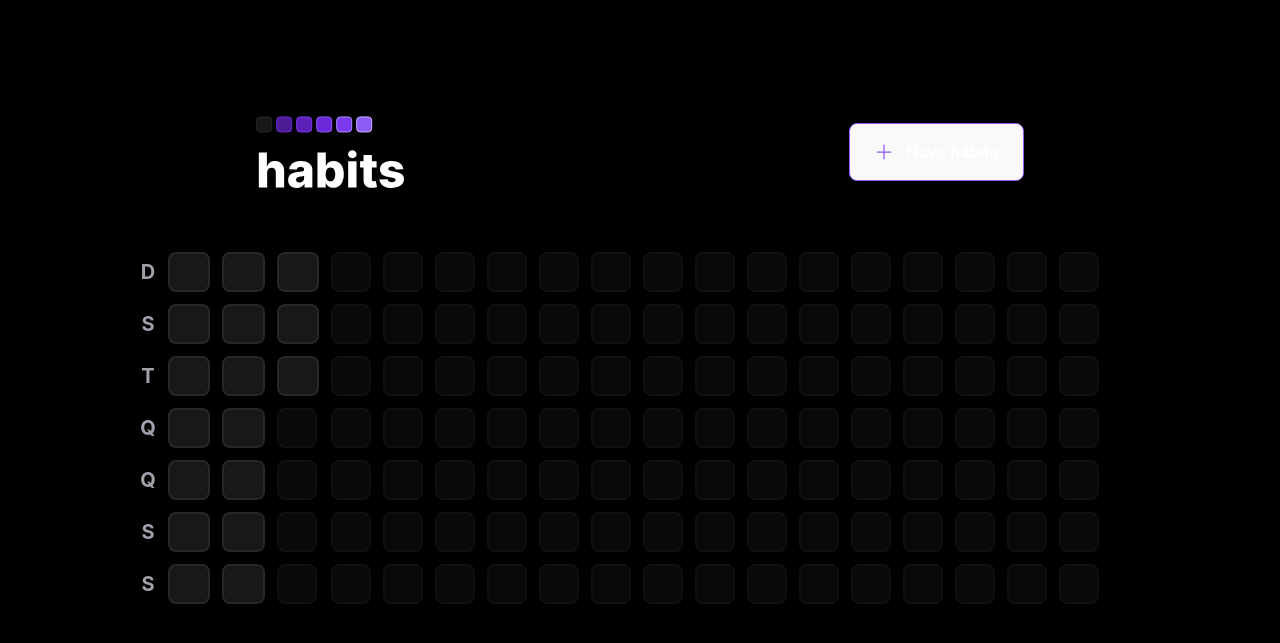
Repository: Herlander929/Setup-Constolador-de-h-bitos
Page: / (app in front-end/web/)
The author's editor kept a copy of each file at every save. The page is drawn from the files as they stood at one save, then again after the next save.
The browser window is 1280 px wide. The pictures show the whole page.
The page's requests for data from a server got no answer. The project was rebuilt for these pictures with package versions that can differ from the ones it lists, and the page was loaded fresh each time. No one was signed in, and anything a server would have sent is missing. Also part of the build but not shown: front-end/web/vite.config.ts, front-end/web/src/componentes/NewHabitForm.tsx, front-end/web/src/componentes/ProgressBar.tsx, front-end/web/src/componentes/HabitList.tsx.

Above is the page before, as saved 2023-01-22 16:26:42.

### front-end/web/index.html
<!DOCTYPE html>
<html lang="en">
  <head>
    <meta charset="UTF-8" />
    <link rel="icon" type="image/svg+xml" href="/vite.svg" />
    <meta name="viewport" content="width=device-width, initial-scale=1.0" />
    <title>Vite + React + TS</title>
  </head>
  <body class="bg-black text-white">
    <div id="root"></div>
    <script type="module" src="/src/main.tsx"></script>
  </body>
</html>

### front-end/web/src/App.tsx
import { Header } from './componentes/Header';
import  {SummaryTable } from './componentes/SummaryTable';
import './styles/global.css';
import './lib/dayJs'



export function App() {

  return (
    <div className="w-screen h-screen flex justify-center items-center">
      <div className="w-full max-w-5xl px-6, flex flex-col gap-16">
    <Header/>
    <SummaryTable/>
      </div>

    </div>
  )
}

### front-end/web/src/componentes/Header.tsx
import LogoImage from '../assets/logo.svg'
import * as Dialog from '@radix-ui/react-dialog';
import { Plus, X } from 'phosphor-react'
import { NewHabitForm } from './NewHabitForm';


export function Header() {



    return (
        <div className="w-full max-w-3xl mx-auto flex items-center justify-between">
            <img src={LogoImage} alt="habits" />

            <Dialog.Root>
                <Dialog.Trigger
                    type="button"
                    className="border border-violet-500 font-semibold rounded-lg px-6 py-4 flex items-center gap-3 hover:border-violet-300"
                >
                    <Plus size={20} className="text-violet-500" />
                    Novo hábito
                    </Dialog.Trigger>


            <Dialog.Portal>
                <Dialog.Overlay className='w-screen h-screen bg-black/80 fixed inset-0'/>
                <Dialog.Content className='absolute p-10 bg-zinc-900 rounded-2xl w-full max-w-md top-1/2 left-1/2 -translate-x-1/2 -translate-y-1/2'>
                    <Dialog.Close className='absolute right-6 top-6 text-zinc-400 hover:text-zinc-200 '>
                        <X size={24} aria-label = "Fechar"/>
                    </Dialog.Close>

                    <Dialog.Title className='text-3xl leading-tight font-extrabold'>
                        Criar hábito
                    </Dialog.Title>

                    <NewHabitForm/>
                </Dialog.Content>
            </Dialog.Portal>
            </Dialog.Root>

        </div>
    )
}

### front-end/web/src/componentes/SummaryTable.tsx
import dayjs from 'dayjs';
import { useEffect, useState } from 'react';
import { api } from '../lib/axios';
import { generateDatesFromYearBegining } from '../utils/genarate-dates-drom-year-begining';
import { HabitDay } from './HabitDay';

const weekDays = ['D', 'S', 'T', 'Q', 'Q', 'S', 'S']

const summaryDates = generateDatesFromYearBegining()

const minimumSummaryDatesSize = 18 * 7 //18 weeks

const amountOfDaysToFill = minimumSummaryDatesSize - summaryDates.length


type Summary = {
    id: string;
    date: string;
    amount: number;
    completed: number;
}[]

export function SummaryTable() {

    const [summary, setSummary] = useState<Summary>([])

    useEffect(() => {
        api.get('summary').then(response => {
            setSummary(response.data)
        })
    }, [])


    return (

        <div className="w-full flex">
            <div className="grid grid-rows-7 grid-flow-row gap-3">

                {weekDays.map((weekDay, i) => {
                    return (
                        <div  key={`${weekDay}-${i}`}
                        className="text-zinc-400 text-xl font-bold h-10 w-10 flex items-center justify-center">
                            {weekDay}
                        </div>

                    )
                })}


            </div>

            <div className="grid grid-rows-7 grid-flow-col gap-3">
               {summaryDates.map(date => {
                const dayInSummary = summary.find(day => {
                    return dayjs(date).isSame(day.date, 'day')
                })
                return (
                     <HabitDay
                     key={date.toString()}
                     date={date}
                amount={dayInSummary?.amount}
                defaultCompleted={dayInSummary?.completed}

                />)


               })}
               {amountOfDaysToFill > 0 && Array.from({length: amountOfDaysToFill}).map((_, i) => {
                return (
                    <div key={i}
                    className="w-10 h-10 bg-zinc-900 border-2 border-zinc-800 rounded-lg opacity-40 cursor-not-allowed"/>
                )
               })
               }


            </div>
        </div>
    )
}

### front-end/web/src/lib/axios.ts


import axios from "axios";

export const api = axios.create({
    baseURL: 'http://localhost:3333'
})

### front-end/web/src/utils/genarate-dates-drom-year-begining.ts
import dayjs from 'dayjs'

export function generateDatesFromYearBegining() {

    const firstDayofTheYear = dayjs().startOf('year')
    const today = new Date()

    const dates = []
    let compareDate = firstDayofTheYear

    while (compareDate.isBefore(today)) {
        dates.push(compareDate.toDate())
        compareDate = compareDate.add(1,'day')
    }

    return dates

}

### front-end/web/src/componentes/HabitDay.tsx
import * as Popover from '@radix-ui/react-popover';
import { ProgressBar } from './ProgressBar';
import clsx from 'clsx'

import dayjs from 'dayjs';
import { HabitList } from './HabitList';
import { useState } from 'react';


interface HabitDayProps {
    date: Date
    defaultCompleted?: number
    amount?: number
}

export function HabitDay({ defaultCompleted =0, amount = 0 , date}: HabitDayProps) {

    const [completed, setCompleted] = useState(defaultCompleted)

    const amountCompletedPorcentage = amount > 0 ? Math.round((completed / amount)* 100) : 0


    const dayAndMounth = dayjs().format('DD/MM')
    const dayOfWeek = dayjs().format('dddd')

    function handleCompletedChanged(completed: number) {
        setCompleted(completed)

    }

    return (
        <Popover.Root>
            <Popover.Trigger className={clsx("w-10 h-10 bg-zinc-900 border-2 border-zinc-800 rounded-lg", {
                'bg-zinc-900 border-zinc-800': amountCompletedPorcentage === 0,
                'bg-violet-900 border-violet-700': amountCompletedPorcentage > 0 && amountCompletedPorcentage < 20,
                'bg-violet-800 border-violet-600': amountCompletedPorcentage >= 20 && amountCompletedPorcentage < 40,
                'bg-violet-700 border-violet-500': amountCompletedPorcentage >= 40 && amountCompletedPorcentage < 60,
                'bg-violet-600 border-violet-500': amountCompletedPorcentage >= 60 && amountCompletedPorcentage < 80,
                'bg-violet-500 border-violet-400': amountCompletedPorcentage >= 80,
            })}>
                <Popover.Portal>
                    <Popover.Content className='min-w-[320px] w-full p-6 rounded-2xl bg-zinc-900 flex flex-col'>
                    <span className='font-semibol text-zinc-400'>{dayOfWeek}</span>
        <span className='mt-1 font-extrabold leading-tight text-3xl'>{dayAndMounth}</span>
        <ProgressBar progress={amountCompletedPorcentage} />
        <HabitList date={date} onCompletedChanged={handleCompletedChanged}/>

                        <Popover.Arrow height={8} width={16} className='fill-zinc-900' />
                    </Popover.Content>
                </Popover.Portal>
            </Popover.Trigger>
        </Popover.Root>

    )
}

### front-end/web/tailwind.config.cjs
/** @type {import('tailwindcss').Config} */
module.exports = {
  content: [
    './src/**/*.tsx',
    './index.html'
  ],
  theme: {
    extend: {
      colors:{
        background: '#09090A'
      },
      gridTemplateRows: {
        7: 'repeat(7,minmax(0, 1fr))'
      },
    },
  },
  plugins: [],
}

Loaded but not shown: front-end/web/src/main.tsx (common file); front-end/web/src/index.css (common file); front-end/web/src/styles/global.css (common file); front-end/web/src/lib/dayJs.ts (common file)

After the next save:
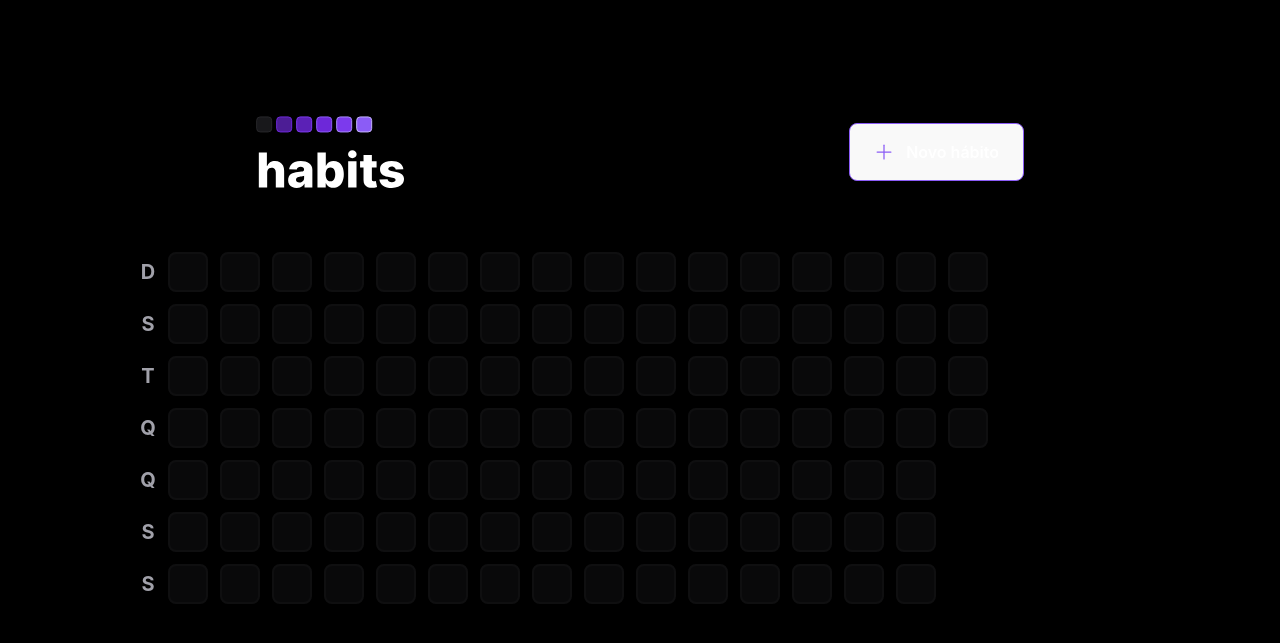
Saved 2 min 48 s later.
--- a/front-end/web/src/componentes/SummaryTable.tsx
+++ b/front-end/web/src/componentes/SummaryTable.tsx
@@ -50,7 +50,7 @@ export function SummaryTable() {
             </div>
 
             <div className="grid grid-rows-7 grid-flow-col gap-3">
-               {summaryDates.map(date => {
+               {summary.length> 0 && summaryDates.map(date => {
                 const dayInSummary = summary.find(day => {
                     return dayjs(date).isSame(day.date, 'day')
                 })
